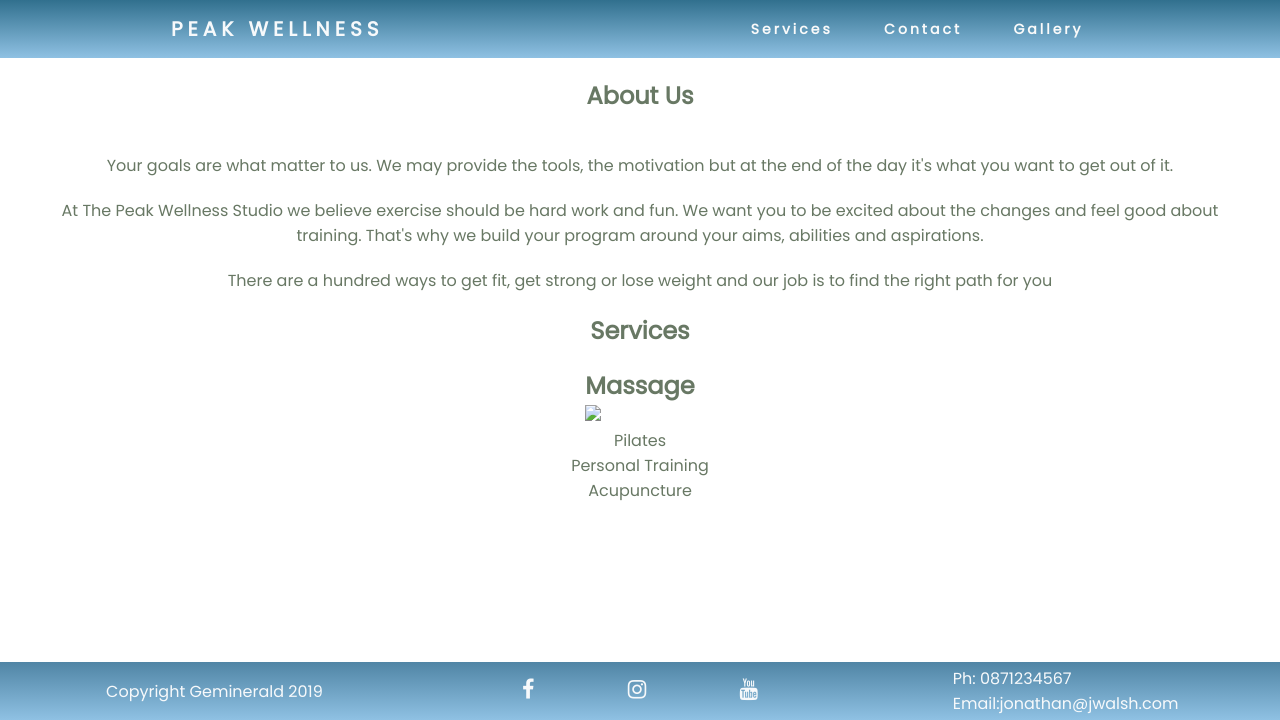
Repository: geminerald/peakwellness
Page: services.html
The author's editor kept a record of every edit. The page is drawn from the files as they stood at one moment, then again after the next edit.
The browser window is 1280 px wide. The pictures show the whole page.

Above is the page before.

After the next edit:
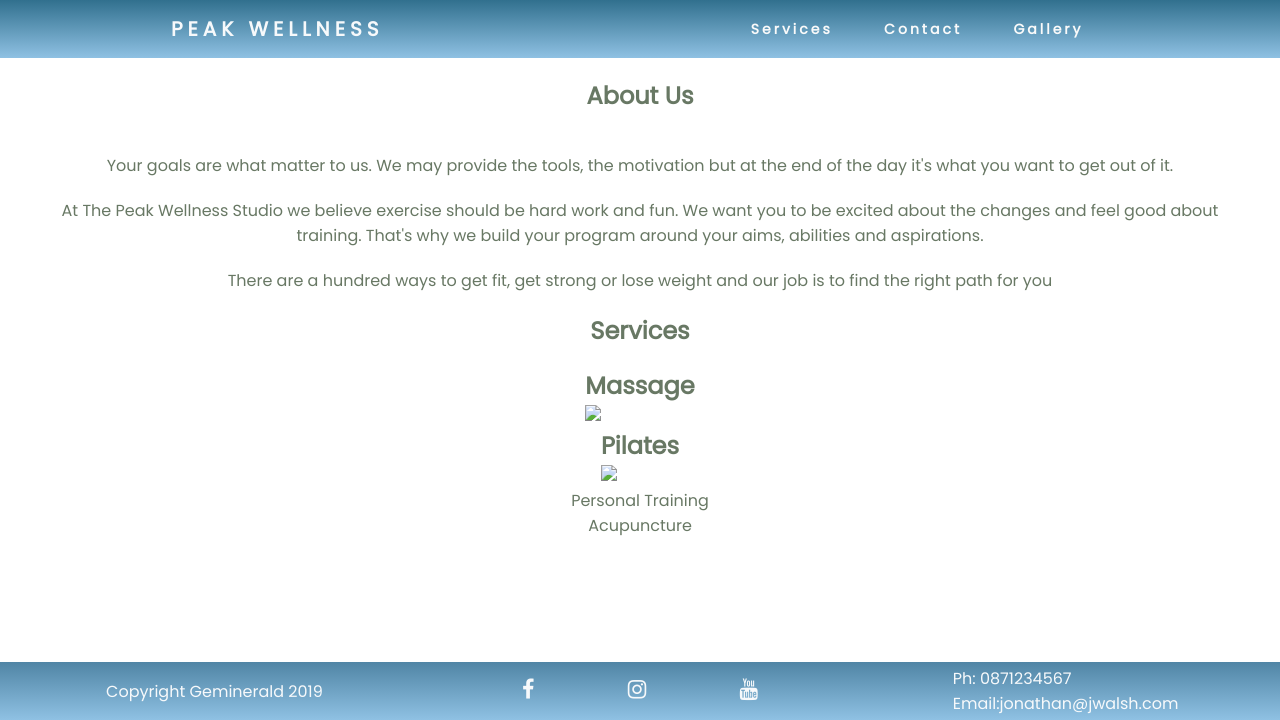
The edit:
--- a/services.html
+++ b/services.html
@@ -56,7 +56,8 @@
                     <figure class="front"><h2>Massage</h2><img src="#"></figure>
                     <figure class="back"></figure>
                 </div>
-                <div class="service">Pilates</div>
+                <div class="service"><figure class="front"><h2>Pilates</h2><img src="#"></figure>
+                    <figure class="back"></figure></div>
                 <div class="service">Personal Training</div>
                 <div class="service">Acupuncture</div>
             </div>
